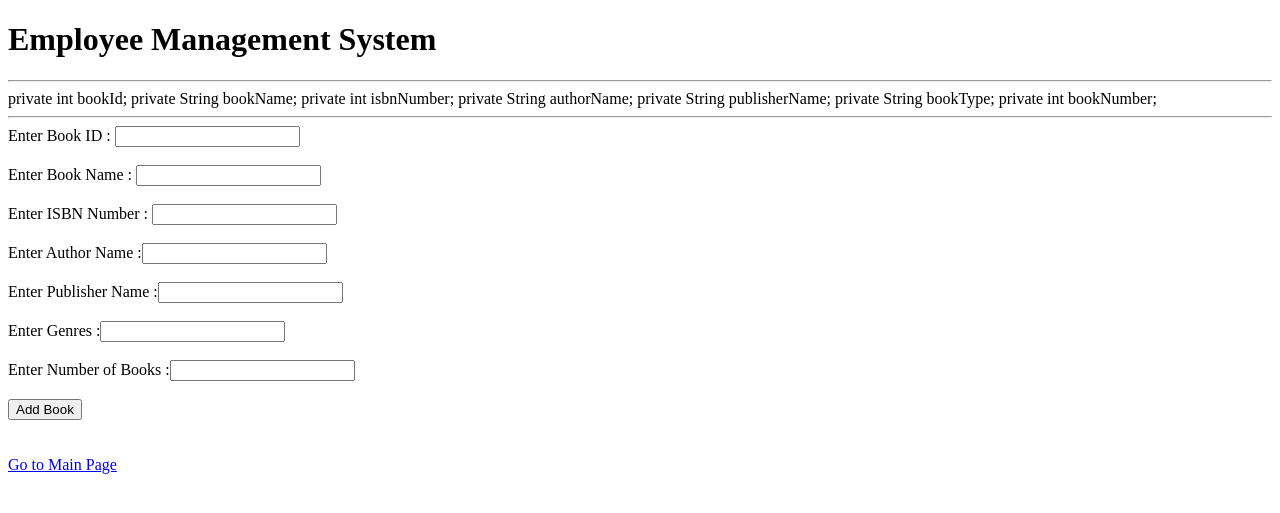
Repository: Sanketh-Binary/Library-Management-System-Spring
Page: http://localhost/InputBookDetails
These files come from the project's save history. The page is drawn as it stood at one moment and after the next save; the edit follows.
The browser window is 1280 px wide. The pictures show the whole page.
The page is this project's Thymeleaf template; nobody is signed in. The template is opened directly, without the code that normally fills it, so the values that code supplies are empty.

Above is the page before, as saved 2022-08-15 18:10:52.

### lms-spring-group-project/src/main/resources/templates/InputBookDetails.html
<!DOCTYPE html>
<html xmlns:th="https://thymeleaf.org">
<head>
    <meta charset="ISO-8859-1">
    <title>Insert title here</title>
</head>
<body>
<h1>Employee Management System</h1>
<hr>
private int bookId;
    private String bookName;
    private int isbnNumber;
    private String authorName;
    private String publisherName;
    private String bookType;
    private int bookNumber;
<hr>
<form action="#" method="post" th:action="@{./saveBook}" th:object="${book}">

    Enter Book ID : <input type="text" th:field="*{bookId}"><br><br>

    Enter Book Name : <input type="text" th:field="*{bookName}"><br><br>

     Enter ISBN Number : <input type="text" th:field="*{isbnNumber}"><br><br>

    Enter Author Name :<input type="text" th:field="*{authorName}"><br><br>

     Enter Publisher Name :<input type="text" th:field="*{publisherName}"><br><br>


     Enter Genres :<input type="text" th:field="*{bookType}"><br><br>
      Enter Number of Books :<input type="text" th:field="*{bookNumber}"><br><br>


    <input type="submit" value="Add Book">
</form>

<br><br>

<a href="./adminLand">Go to Main Page</a>
</body>
</html>

After the next save:
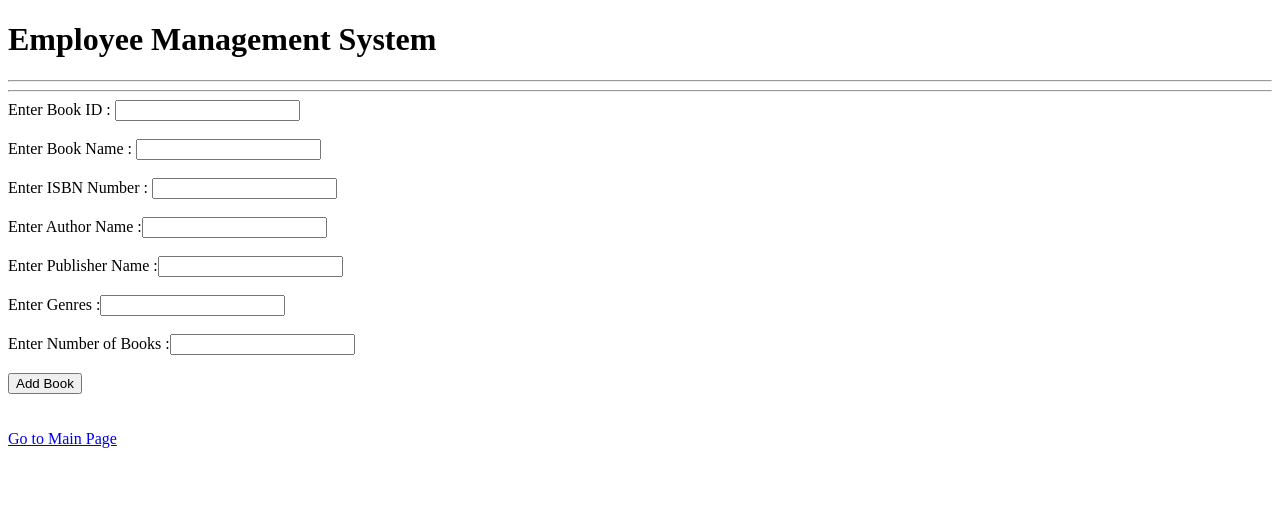
Saved 94 s later.
--- a/lms-spring-group-project/src/main/resources/templates/InputBookDetails.html
+++ b/lms-spring-group-project/src/main/resources/templates/InputBookDetails.html
@@ -7,13 +7,6 @@
 <body>
 <h1>Employee Management System</h1>
 <hr>
-private int bookId;
-    private String bookName;
-    private int isbnNumber;
-    private String authorName;
-    private String publisherName;
-    private String bookType;
-    private int bookNumber;
 <hr>
 <form action="#" method="post" th:action="@{./saveBook}" th:object="${book}">
 
